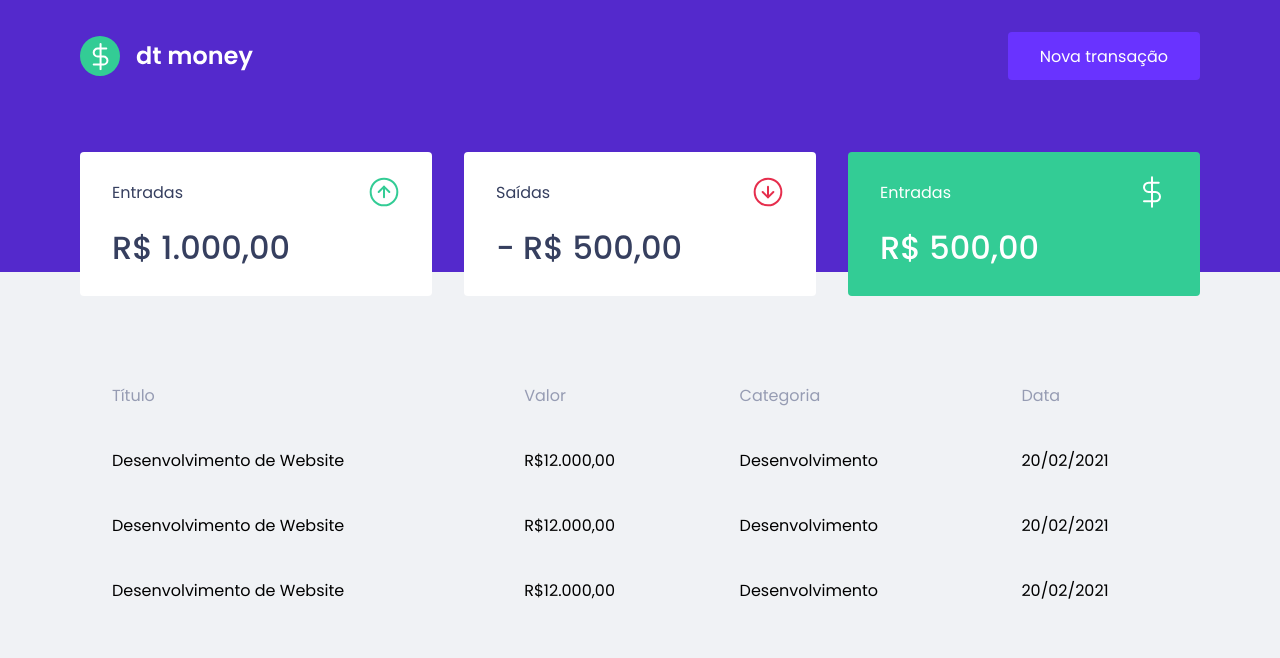
Repository: lucaslopesdevv/dtmoney
Page: /
An editor plug-in stored every save of this project. The page is shown before and after the next save, followed by the edit.
The browser window is 1280 px wide. The pictures show the whole page.
The project was rebuilt for these pictures with package versions that can differ from the ones it lists, and the page was loaded fresh each time.

Above is the page before, as saved 2021-12-06 22:07:49.

### public/index.html
<!DOCTYPE html>
<html lang="en">
  <head>
    <link rel="preconnect" href="https://fonts.googleapis.com">
    <link rel="preconnect" href="https://fonts.gstatic.com" crossorigin>
    <meta charset="utf-8" />
    <meta name="viewport" content="width=device-width, initial-scale=1" />

<Link rel="shortcut icon" href="favicon.png" type="image/png"/>

    <title>Dtmoney</title>
    <link href="https://fonts.googleapis.com/css2?family=Poppins:wght@400;500;600&family=Roboto:wght@400;700&display=swap" rel="stylesheet">


  </head>
  <body>
    <noscript>You need to enable JavaScript to run this app.</noscript>
    <div id="root"></div>
  </body>
</html>

### src/App.tsx

import { Dashboard } from "./components/Header/Dashboard";
import { Header } from "./components/Header/index";
import { GlobalStyle } from "./styles/global";

export function App() {
  return (
    <>
      <Header />
      <Dashboard />
      <GlobalStyle />
    </>
  );
}

### src/components/Header/Dashboard/index.tsx
import { Summary } from '../../Summary';
import { TransactionsTable } from '../../TransactionsTable';

import { Container } from './styles';


export function Dashboard() {
    return (
        <Container>
            <Summary />
            <TransactionsTable/>
        </Container>
    );
}

### src/components/Header/index.tsx
import logoImg from '../../assets/logo.svg';
import { Container, Content } from './styles';

export function Header() {
    return (
        <Container>
            <Content>
                <img src={logoImg} alt="dt money" />
                <button type="button">
                    Nova transação
                </button>
            </Content>
        </Container>
    )
}

### src/styles/global.ts
import { createGlobalStyle } from 'styled-components';

export const GlobalStyle = createGlobalStyle`
:root {
    --background: #F0F2F5;
    --red: #e52e4d;
    --green: #33cc95;
    --blue: #5429cc;
    --blue-light: #6933ff;

    --text-title: #363f5f;
    --text-body: #969cb3;

    --shape: #ffffff;
}
    *{
        margin: 0;
        padding: 0;
        box-sizing: boder-box;
    }

/*font-size: 16px (Desktop)*/

html {
    @media (max-width: 1080px){
        font-size: 93.75%; /*15px*/
    }

    @media (max-width: 720px){
        font-size: 87.5%; /*14px*/
    }
}

    body {
        background-color: var(--background);
        -webkit-font-smoothing: antialiased;
    }

    body, input, textarea, button {
        font-family: 'Poppins', sans-serif;
        font-weight: 400;
    }

    h1, h2, h3, h4, h5, h6, strong{
        font-weight: 600;
    }

    button{
        cursor: pointer;
    }

    [disabled] {
        opacity: 0.6;
        cursor: not-allowed;
    }


`

### src/components/Summary/index.tsx
import incomeImg from '../../assets/income.svg';
import outcomeImg from '../../assets/outcome.svg';
import totalImg from '../../assets/total.svg';

import { Container } from './styles';

export function Summary() {
    return (
        <Container>
            <div>
                <header>
                    <p>Entradas</p>
                    <img src={incomeImg} alt="Entradas" />
                </header>
                <strong>R$ 1.000,00</strong>
            </div>

            <div>
                <header>
                    <p>Saídas</p>
                    <img src={outcomeImg} alt="Saídas" />
                </header>
                <strong>- R$ 500,00</strong>
            </div>

            <div className="highlight-background">
                <header>
                    <p>Entradas</p>
                    <img src={totalImg} alt="Total" />
                </header>
                <strong>R$ 500,00</strong>
            </div>
        </Container>
    )
}

### src/components/TransactionsTable/index.tsx
import { Container } from "./styles";

export function TransactionsTable(){
    return (
        <Container>
            <table>
                <thead>
                    <tr>
                        <th>Título</th>
                        <th>Valor</th>
                        <th>Categoria</th>
                        <th>Data</th>
                    </tr>
                </thead>
                <tbody>
                    <tr>
                        <td>Desenvolvimento de Website</td>
                        <td>R$12.000,00</td>
                        <td>Desenvolvimento</td>
                        <td>20/02/2021</td>
                    </tr>
                    <tr>
                        <td>Desenvolvimento de Website</td>
                        <td>R$12.000,00</td>
                        <td>Desenvolvimento</td>
                        <td>20/02/2021</td>
                    </tr>
                    <tr>
                        <td>Desenvolvimento de Website</td>
                        <td>R$12.000,00</td>
                        <td>Desenvolvimento</td>
                        <td>20/02/2021</td>
                    </tr>
                </tbody>
            </table>
        </Container>
    );
};

### src/components/Header/Dashboard/styles.ts
import styled from "styled-components";

export const Container = styled.main`

    max-width: 1120px;
    margin: 0 auto;
    padding: 2.5rem 1rem;
`;

### src/components/Header/styles.ts
import styled from 'styled-components';

export const Container = styled.header`
background: var(--blue);

`;

export const Content = styled.div`
    max-width: 1120px;
    margin: 0 auto;

    padding: 2rem 1rem 12rem;
    display: flex;
    align-items: center;
    justify-content: space-between;

button{
    font-size: 1rem;
    color: #FFF;
    background: var(--blue-light);
    border: 0;
    padding: 0 2rem;
    border-radius: 0.25rem;
    height: 3rem;

    transition: filter 0.2s;

    &:hover{
        filter: brightness(0.9);
    }
}
`;

### src/components/Summary/styles.ts
import styled from "styled-components";

export const Container = styled.div`
    display: grid;
    grid-template-columns: repeat(3, 1fr);
    gap: 2rem;
    margin-top: -10rem;

    div {
        background: var(--shape);
        padding: 1.5rem 2rem;
        border-radius: 0.25rem;
        color: var(--text-title);


    header{
        display: flex;
        align-items: center;
        justify-content: space-between;
    }

    strong {
        display: block;
        margin-top: 1rem;
        font-size: 2rem;
        font-weight: 500;
        line-height: 3rem;
    }

    &.highlight-background{
        background: var(--green);
        color: #FFF;
    }
}
`;

### src/components/TransactionsTable/styles.ts
import styled from "styled-components";

export const Container = styled.div`

    margin-top: 4rem;

    table{
        width: 100%;
        border-spacing: 0 0.5rem;
    }

    th{
        color: var(--text-body);
        font-weight: 400;
        padding: 1rem 2rem;
        text-align: left;
        line-height: 1.5rem;
    }

    td{
        padding: 1rem 2rem;
        border: 0;
    }
`;

Loaded but not shown: src/index.tsx (common file)

After the next save:
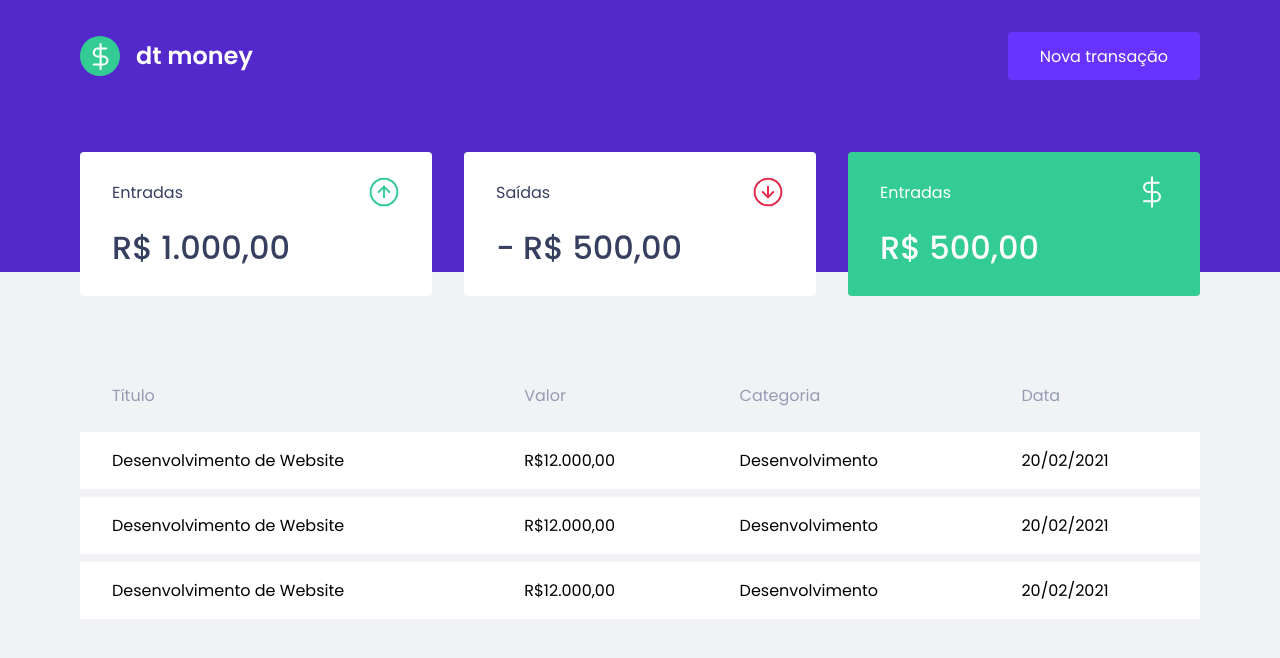
Saved 23 s later.
--- a/src/components/TransactionsTable/styles.ts
+++ b/src/components/TransactionsTable/styles.ts
@@ -20,5 +20,6 @@ export const Container = styled.div`
     td{
         padding: 1rem 2rem;
         border: 0;
+        background-color: var(--shape);
     }
 `;
